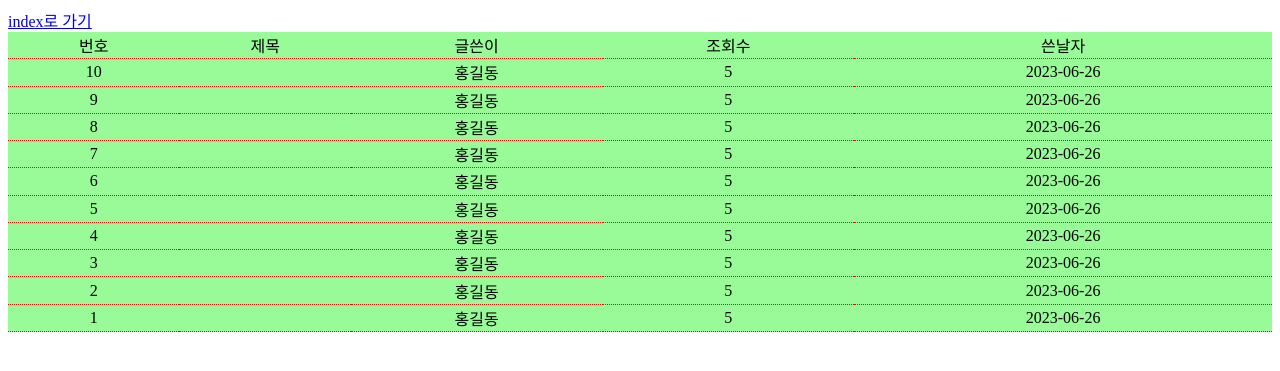
Repository: popll1/Pleiades
Page: http://localhost/jun261/main.jsp
An editor plug-in stored every save of this project. The page is shown before and after the next save, followed by the edit.
The browser window is 1280 px wide. The pictures show the whole page.
The page is served by Tomcat 9.

Above is the page before, as saved 2023-06-26 06:43:26.

### jun261/src/main/webapp/main.jsp
<%@ page language="java" contentType="text/html; charset=EUC-KR"
    pageEncoding="UTF-8"%>
<!DOCTYPE html>
<html>
<head>
<meta charset="EUC-KR">
<title>main</title>
<style type="text/css">
 /* 스타일영역입니다 */
 table {
    width : 100%;
    height: 500px;
    background-color: gray;
    border-collapse : collapse;
 }
 td {
    border-bottom : 1px red dotted ;
    text-align: center;
 }
 /* id="title" --> #title */
 #title {
    text-align: left;
    }
/* 호버 */
 tr:hover {

	background-color: silver;
	color :red;

}


 	</style>
</head>
<body>
	<a href = "./index.jsp">index로 가기 </a>
	<table style = "width: 100%; height : 300px; background-color: #98FB98;">
		<tr>
			<td style ="width = 10%">번호</td>
			<td style ="width = 50%">제목</td>
			<td style ="width = 10%">글쓴이</td>
			<td style ="width = 10%">조회수</td>
			<td style ="width = 20%">쓴날자</td>
		</tr>
		<%for(int i = 10; i > 0; i--){ %>
		<tr>
			<td ><%=i %></td>
			<td id="title" 열번째글></td>
			<td>홍길동</td>
			<td>5</td>
			<td>2023-06-26</td>
		</tr>
		<%} %>
		</table>





</body>
</html>

After the next save:
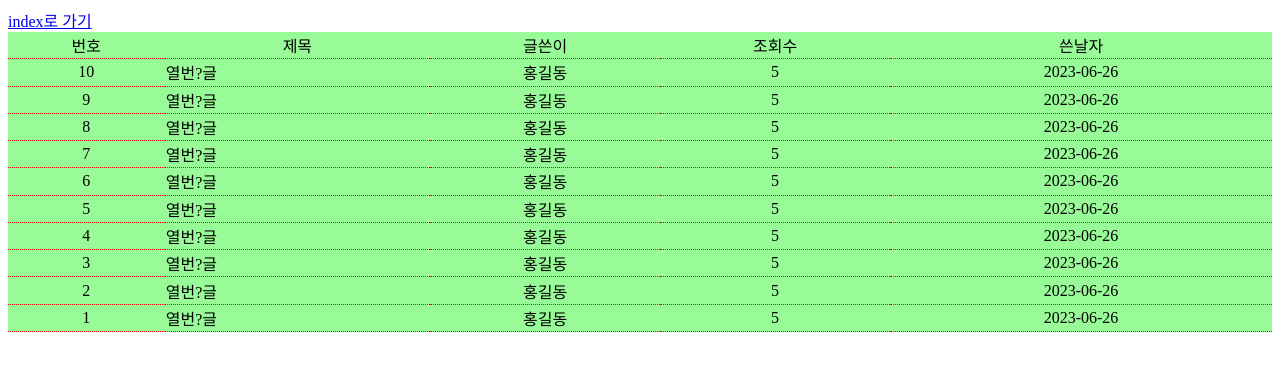
Saved 39 s later.
--- a/jun261/src/main/webapp/main.jsp
+++ b/jun261/src/main/webapp/main.jsp
@@ -45,7 +45,7 @@
 		<%for(int i = 10; i > 0; i--){ %>
 		<tr>
 			<td ><%=i %></td>
-			<td id="title" 열번째글></td>
+			<td id="title" title = " 마우스 올리면 나올글">열번쨰글</td>
 			<td>홍길동</td>
 			<td>5</td>
 			<td>2023-06-26</td>
